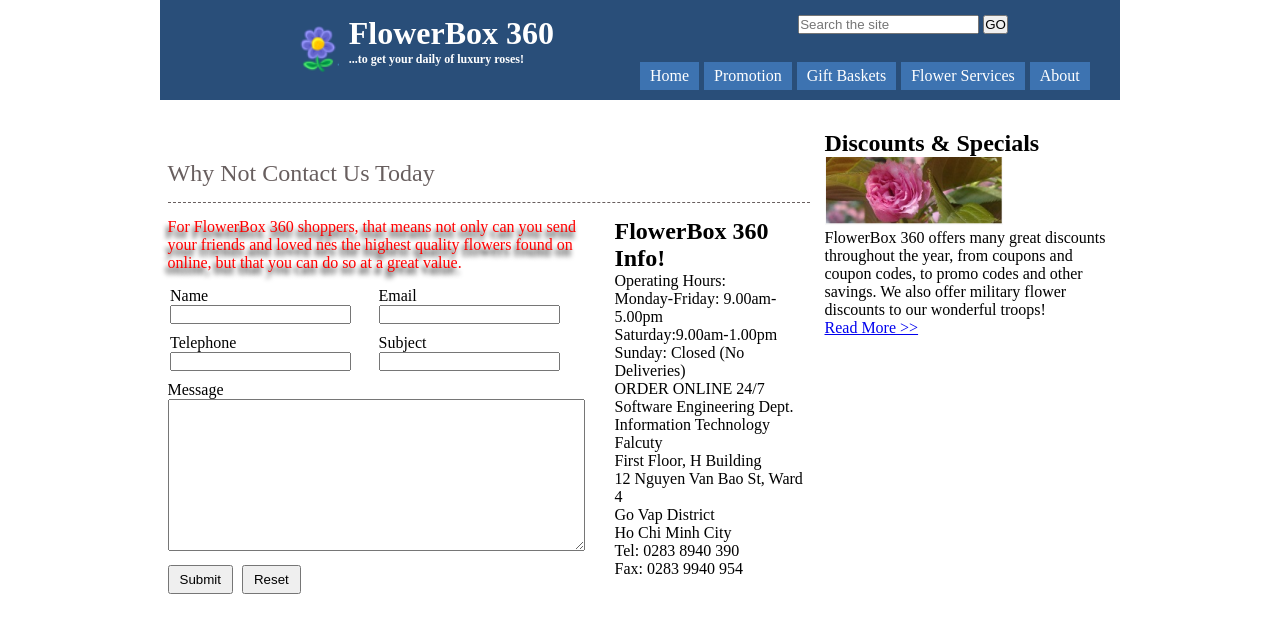
Repository: hoangnguyen1903/STT_21084321_NguyenHuyHoang_DHKHMT17B_Tuan4_DeThamKhao3
Page: html/demo.html
These files come from the project's save history. The page is drawn as it stood at one moment and after the next save; the edit follows.
The browser window is 1280 px wide. The pictures show the whole page.

Above is the page before, as saved 2023-03-09 15:02:22.

### html/demo.html
<!DOCTYPE html>
<html lang="en">
  <head>
    <meta charset="UTF-8" />
    <meta http-equiv="X-UA-Compatible" content="IE=edge" />
    <meta name="viewport" content="width=device-width, initial-scale=1.0" />
    <title>Demo 3</title>
    <style>
      * {
        padding: 0;
        box-sizing: border-box;
        margin: 0 auto;
      }

      .wrapper {
        width: 960px;
        height: 100%;
      }

      .header {
        width: 960px;
        height: 100px;
        background-color: #294e79;
        color: #fff;
        display: flex;
        position: relative;
      }

      .header > .header__left {
        display: flex;
        padding: 15px 20px;
      }

      .header > .header__left > img {
        padding-right: 10px;
      }

      .header > .header__left > div > h2 {
        font-size: 12px;
      }

      .header > .header__right {
        padding-top: 15px;
      }

      .header > .header__bottom {
        position: absolute;
        bottom: 10px;
        left: 50%;
        display: flex;
      }

      .header > .header__bottom > li {
        list-style: none;
        margin-right: 5px;
        background-color: #3d73b1;
        padding: 5px 10px;
      }

      .header > .header__bottom > li:hover {
        background-color: #fff;
      }

      .header > .header__bottom > li:hover > a {
        color: #000;
      }

      .header > .header__bottom > li > a {
        text-decoration: none;
        color: white;
      }

      .content {
        width: 960px;
        display: flex;
        margin-top: 30px;
      }

      .content > .content__left {
        width: calc(70% - 30px);
        padding: 30px 0;
      }

      .content > .content__left > .content__left-top {
        color: #685f5f;
        font-weight: 500;
        padding-bottom: 15px;
        border-bottom: 1px dashed #685f5f;
        margin-bottom: 15px;
      }

      .content > .content__left > .content__left-bottom {
        display: flex;
      }

      .content > .content__left > .content__left-bottom > .content__left-form {
        width: calc(70% - 30px);
        margin-right: 30px;
      }

      .content
        > .content__left
        > .content__left-bottom
        > .content__left-form
        > p {
        color: red;
        text-shadow: -2px 6px 5px #000;
        margin-bottom: 15px;
      }

      .content
        > .content__left
        > .content__left-bottom
        > .content__left-form
        > form {
        display: flex;
        flex-wrap: wrap;
      }

      .content
        > .content__left
        > .content__left-bottom
        > .content__left-form
        > form
        > div {
        width: calc(50% - 5px);
        margin-bottom: 10px;
      }

      .content
        > .content__left
        > .content__left-bottom
        > .content__left-form
        > form
        > div:nth-child(5) {
        width: 100%;
        margin-bottom: 10px;
      }

      .content
        > .content__left
        > .content__left-bottom
        > .content__left-form
        > form
        > div:nth-child(6) {
        width: 100%;
        margin-bottom: 10px;
      }

      .content
        > .content__left
        > .content__left-bottom
        > .content__left-form
        > form
        > div:nth-child(6)
        > input {
        padding: 5px 10px;
        margin-right: 5px;
      }

      .content > .content__right {
        width: 30%;
      }
    </style>
  </head>
  <body>
    <div class="wrapper">
      <div class="header">
        <div class="header__left">
          <img src="../img/AnhLogo.PNG" alt="Logo" class="logo" />
          <div>
            <h1>FlowerBox 360</h1>
            <h2>...to get your daily of luxury roses!</h2>
          </div>
        </div>
        <ul class="header__bottom">
          <li><a href="#">Home</a></li>
          <li><a href="#">Promotion</a></li>
          <li><a href="#">Gift Baskets</a></li>
          <li><a href="#">Flower Services</a></li>
          <li><a href="#">About</a></li>
        </ul>
        <div class="header__right">
          <input
            type="text"
            name="txt"
            id="txt"
            placeholder="Search the site"
          />
          <input type="button" value="GO" />
        </div>
      </div>
      <div class="content">
        <div class="content__left">
          <h2 class="content__left-top">Why Not Contact Us Today</h2>
          <div class="content__left-bottom">
            <div class="content__left-form">
              <p>
                For FlowerBox 360 shoppers, that means not only can you send
                your friends and loved nes the highest quality flowers found on
                online, but that you can do so at a great value.
              </p>
              <form action="">
                <div>
                  <label for="name">Name</label>
                  <input type="text" name="name" id="name" />
                </div>
                <div>
                  <label for="email">Email</label>
                  <input type="email" name="email" id="email" />
                </div>
                <div>
                  <label for="telephone">Telephone</label>
                  <input type="number" name="telephone" id="telephone" />
                </div>
                <div>
                  <label for="subject">Subject</label>
                  <input type="text" name="subject" id="subject" />
                </div>
                <div>
                  <label for="message">Message</label>
                  <div>
                    <textarea
                      name="message"
                      id="message"
                      cols="50"
                      rows="10"
                    ></textarea>
                  </div>
                </div>
                <div>
                  <input type="submit" value="Submit" />
                  <input type="reset" value="Reset" />
                </div>
              </form>
            </div>
            <div class="content__left-info">
              <h2 class="content__left-heading">FlowerBox 360 Info!</h2>
              <div>
                <p>Operating Hours:</p>
                <p>Monday-Friday: 9.00am-5.00pm</p>
                <p>Saturday:9.00am-1.00pm</p>
                <p>Sunday: Closed (No Deliveries)</p>
                <p>ORDER ONLINE 24/7</p>
              </div>
              <div>
                <p>Software Engineering Dept.</p>
                <p>Information Technology Falcuty</p>
                <p>First Floor, H Building</p>
              </div>
              <div>
                <p>12 Nguyen Van Bao St, Ward 4</p>
                <p>Go Vap District</p>
                <p>Ho Chi Minh City</p>
                <p>Tel: 0283 8940 390</p>
                <p>Fax: 0283 9940 954</p>
              </div>
            </div>
          </div>
        </div>
        <div class="content__right">
          <h2 class="content__right-top">Discounts & Specials</h2>
          <div class="content__right-bottom">
            <img src="../img/flower.PNG" alt="Flower" />
            <p>
              FlowerBox 360 offers many great discounts throughout the year,
              from coupons and coupon codes, to promo codes and other savings.
              We also offer military flower discounts to our wonderful troops!
            </p>
            <a href="#">Read More >></a>
          </div>
        </div>
      </div>
      <div class="footer"></div>
    </div>
  </body>
</html>

After the next save:
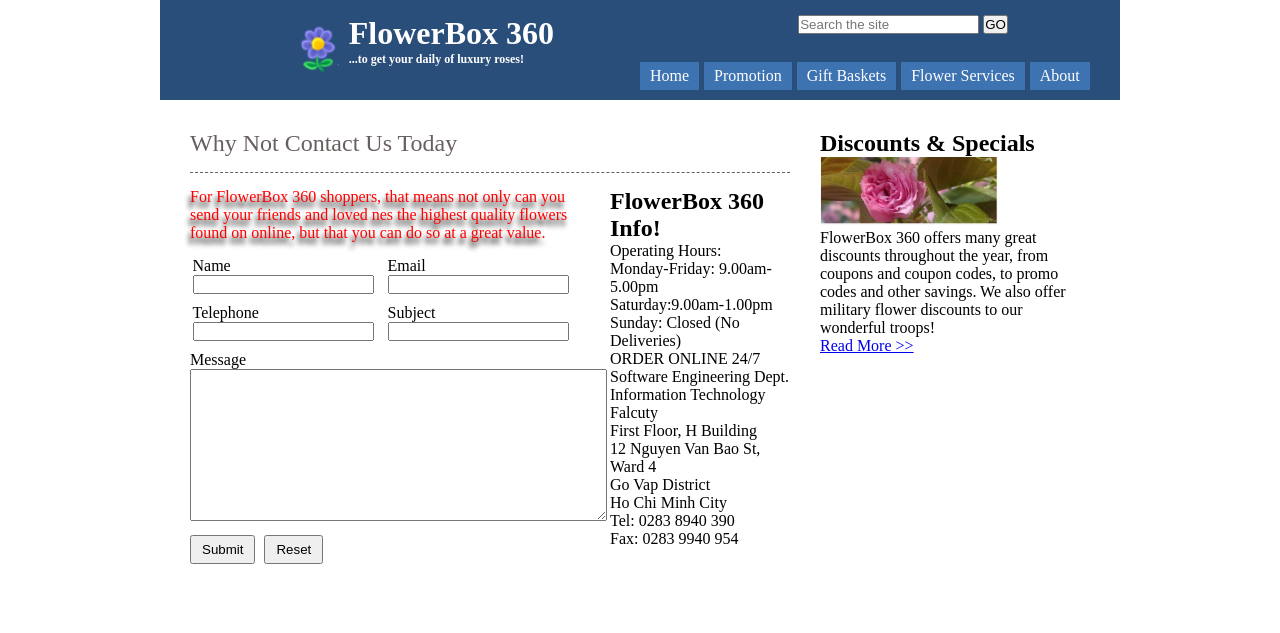
Saved 42 s later.
--- a/html/demo.html
+++ b/html/demo.html
@@ -73,12 +73,12 @@
       .content {
         width: 960px;
         display: flex;
-        margin-top: 30px;
+        padding: 30px;
       }
 
       .content > .content__left {
         width: calc(70% - 30px);
-        padding: 30px 0;
+        margin-right: 30px;
       }
 
       .content > .content__left > .content__left-top {
